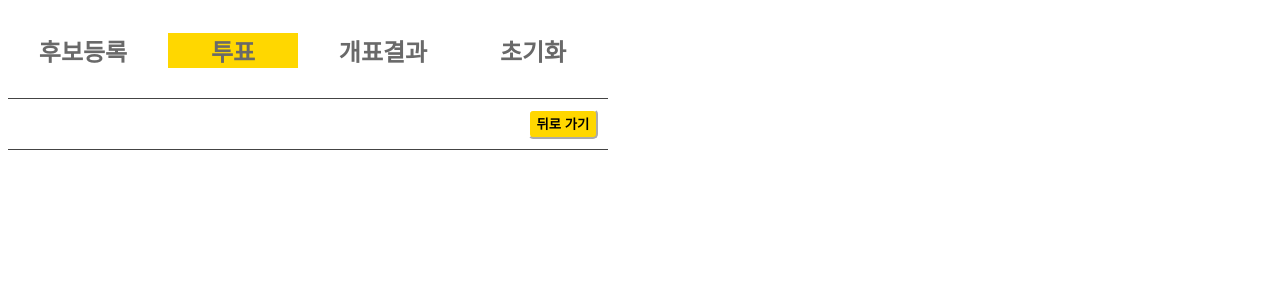
Repository: noheul1030/KOPO-HTML
Page: http://localhost/Tupyo/Tupyo/B_02_H.jsp
The author's editor kept a copy of each file at every save. The page is drawn from the files as they stood at one save, then again after the next save.
The browser window is 1280 px wide. The pictures show the whole page.
The page is served by Tomcat 9. Queries for data that is not in the repository find no rows.

Above is the page before, as saved 2023-06-04 15:12:19.

After the next save:
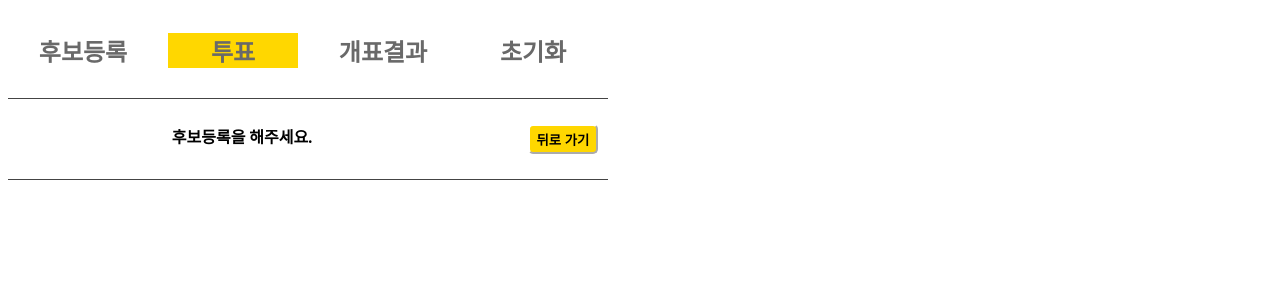
Saved 25 s later.
--- a/Tupyo/src/main/webapp/Tupyo/B_02_H.jsp
+++ b/Tupyo/src/main/webapp/Tupyo/B_02_H.jsp
@@ -110,7 +110,7 @@
 <%			if(Nullcheck == 1){ %>
 			<td colspan="5"><h4>투표 결과 : 투표 완료 하였습니다.</h4></td>
 <%			}
-			if(cnt.equals(0)){ %>
+			if(cnt.equals("0")){ %>
 			<td colspan="5"><h4>후보등록을 해주세요.</h4></td>
 <%			}%>
 
